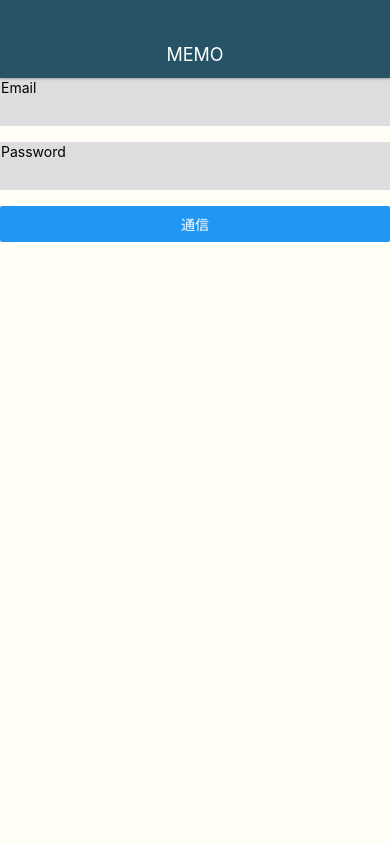
Repository: NagataRyuji0630/memo_app_for_reactNative
Screen: /
An editor plug-in stored every save of this project. The screen is shown before and after the next save, followed by the edit.
The app was drawn by React Native's web renderer in a window 390 px wide. The project was rebuilt for these pictures with package versions that can differ from the ones it lists, and the page was loaded fresh each time. Some packages were replaced by stand-ins written for this rebuild. Also part of the build but not shown: src/components/MemoList.jsx, src/elements/CircleBtn.jsx, src/screens/MemoListScreen.jsx, src/screens/MemoDetailScreen.jsx, src/screens/MemoEditScreen.jsx.

Above is the screen before, as saved 2020-05-15 08:36:59.

### App.js
import React from 'react';
import { StyleSheet, View } from 'react-native';
import AppBar from './src/components/AppBar';
import MemoListScreen from './src/screens/MemoListScreen'
import MemoDtailScreen from './src/screens/MemoDetailScreen';
import MemoEditScreen from './src/screens/MemoEditScreen';
import LoginScreen from './src/screens/LoginScreen';


export default class App extends React.Component {
  render() {
    return (
      <View style={styles.container}>
        <AppBar />
        <LoginScreen />
      </View>
    );
  }
}

const styles = StyleSheet.create({
  container: {
    flex: 1,
    backgroundColor: '#FFFDF6',
    alignItems: 'center',
    justifyContent: 'center',
    paddingTop: 78,
  },
});

### src/components/AppBar.jsx
import React from 'react';
import { Component } from 'react';
import { StyleSheet, View, Text } from 'react-native';

const styles = StyleSheet.create({
    appbar: {
        position: 'absolute',
        top: 0,
        left: 0,
        right: 0,
        height: 78,
        paddingTop: 30,
        backgroundColor: '#265366',
        justifyContent: 'center',
        alignItems: 'center',
        shadowColor: '#000',
        shadowOffset: { width: 0, height: 0 },
        shadowOpacity: 0.5,
        shadowRadius: 3,
        zIndex: 10,
    },
    appbarTitle: {
        color: '#fff',
        fontSize: 18,
    },
});

class AppBar extends Component {
    render() {
        return (
            <View style={styles.appbar}>
                <View>
                    <Text style={styles.appbarTitle}>MEMO</Text>
                </View>
            </View>
        );
    }
}

export default AppBar;

### src/screens/LoginScreen.jsx
import React from 'react';
import { Component } from 'react';
import { StyleSheet, View, Text, TextInput, Button } from 'react-native';
import CircleBtn from '../elements/CircleBtn';


const styles = StyleSheet.create({
    container: {
        flex: 1,
        width: '100%',
    },
    input: {
        backgroundColor: '#ddd',
        height: 48,
        marginBottom: 16,
        borderWidth: 1,
        borderColor: '#ddd'
    }

});


class LoginScreen extends Component {
    render() {
        return (
            <View style={styles.container}>
                    <TextInput style={styles.input} value='Email' multiline />
                    <TextInput style={styles.input} value='Password' multiline />
                    <Button title='通信' onPress={() => {}}/>
            </View>
        );
    }
}

export default LoginScreen;

After the next save:
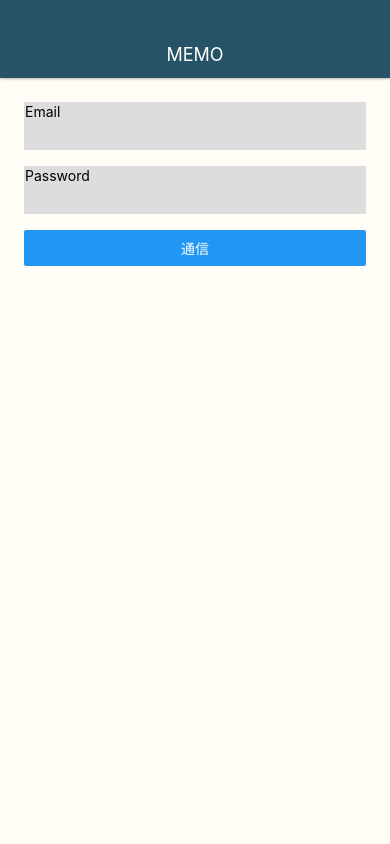
Saved 27 s later.
--- a/src/screens/LoginScreen.jsx
+++ b/src/screens/LoginScreen.jsx
@@ -8,6 +8,7 @@ const styles = StyleSheet.create({
     container: {
         flex: 1,
         width: '100%',
+        padding: 24,
     },
     input: {
         backgroundColor: '#ddd',
